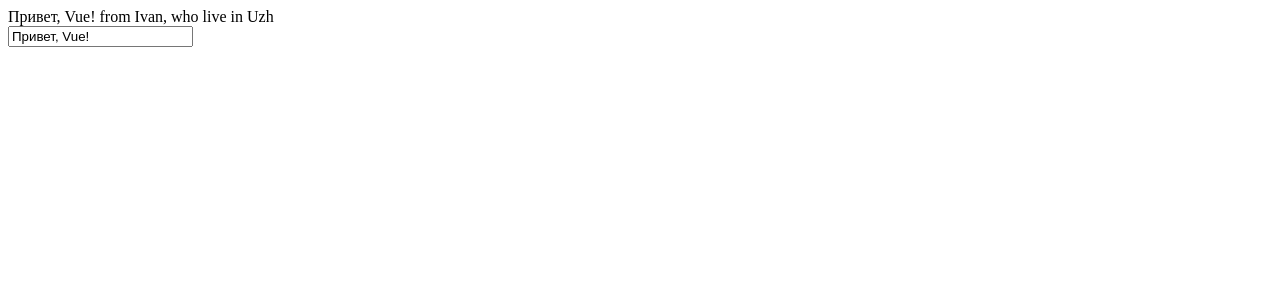
Repository: UkrAndy/Vue__4
Page: 1.Intro/index.html
These files come from the project's save history. The page is drawn as it stood at one moment and after the next save; the edit follows.
The browser window is 1280 px wide. The pictures show the whole page.

Above is the page before, as saved 2021-05-24 16:55:41.

### 1.Intro/index.html
<!DOCTYPE html>
<html lang="en">
  <head>
    <meta charset="UTF-8" />
    <meta http-equiv="X-UA-Compatible" content="IE=edge" />
    <meta name="viewport" content="width=device-width, initial-scale=1.0" />
    <title>Document</title>
    <script src="https://cdn.jsdelivr.net/npm/vue@2/dist/vue.js"></script>
  </head>

  <body>
    <div id="app">
      {{ message }} from {{myName}}, who live in {{city}}
      <br />
      <input type="text" :value="message" />
    </div>

    <script>
      var app = new Vue({
        el: '#app',
        data: {
          message: 'Привет, Vue!',
          myName: 'Ivan',
          city: 'Uzh',
        },
      })
    </script>
  </body>
</html>

After the next save:
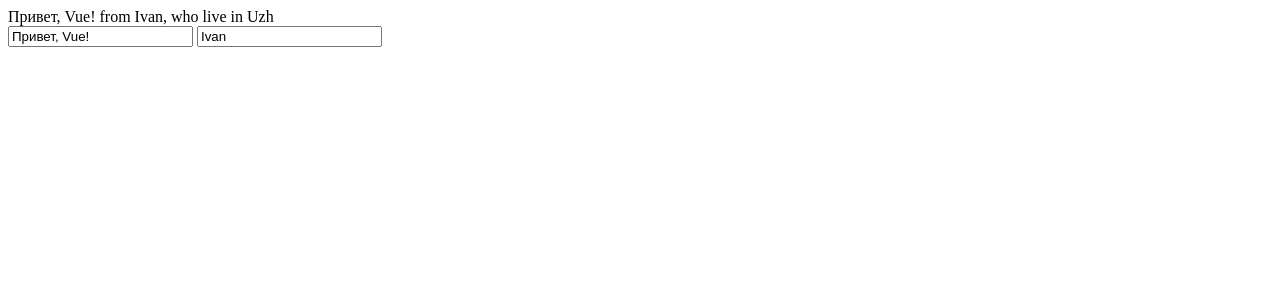
Saved 6 min 13 s later.
--- a/1.Intro/index.html
+++ b/1.Intro/index.html
@@ -13,6 +13,7 @@
       {{ message }} from {{myName}}, who live in {{city}}
       <br />
       <input type="text" :value="message" />
+      <input type="text" v-model="myName" />
     </div>
 
     <script>
